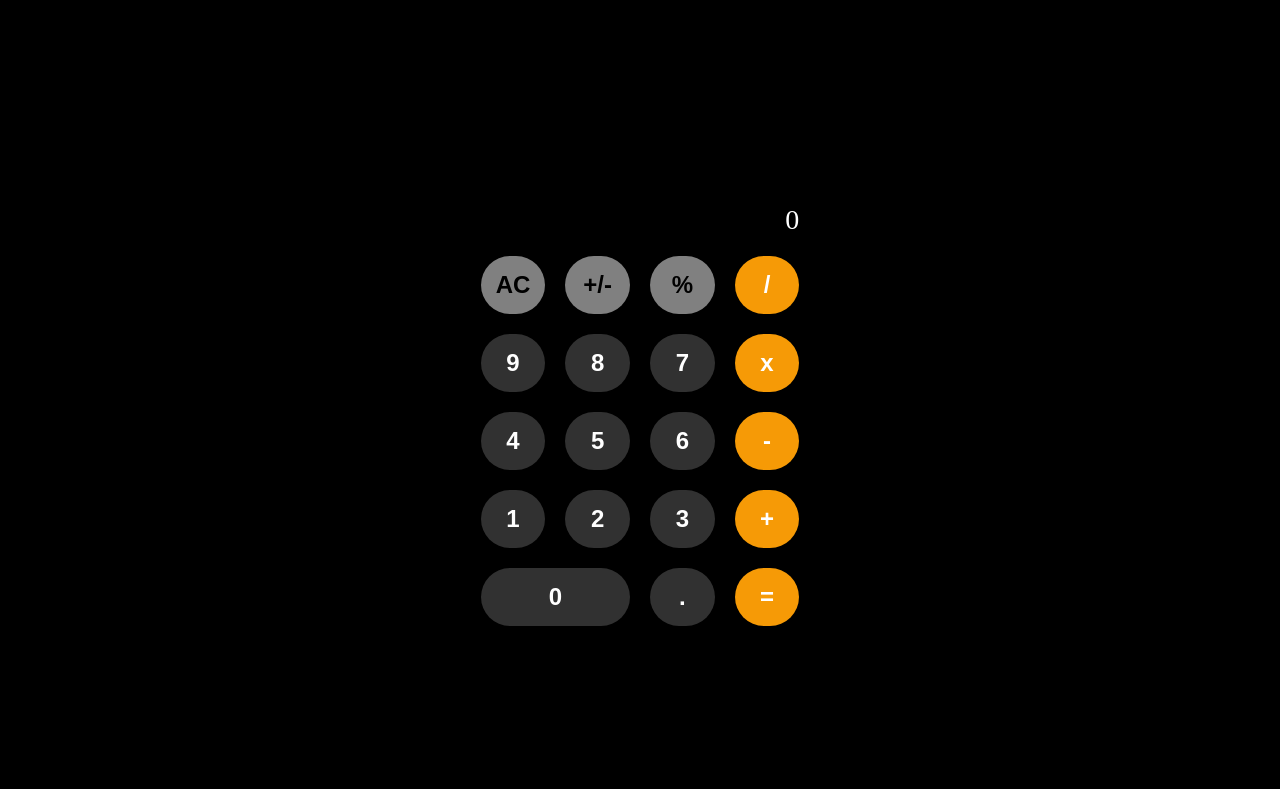
Repository: ble-syn/reactCalculator
Page: /
The author's editor kept a copy of each file at every save. The page is drawn from the files as they stood at one save, then again after the next save.
The browser window is 1280 px wide. The pictures show the whole page.
The project was rebuilt for these pictures with package versions that can differ from the ones it lists, and the page was loaded fresh each time.

Above is the page before, as saved 2022-10-06 13:37:31.

After the next save:
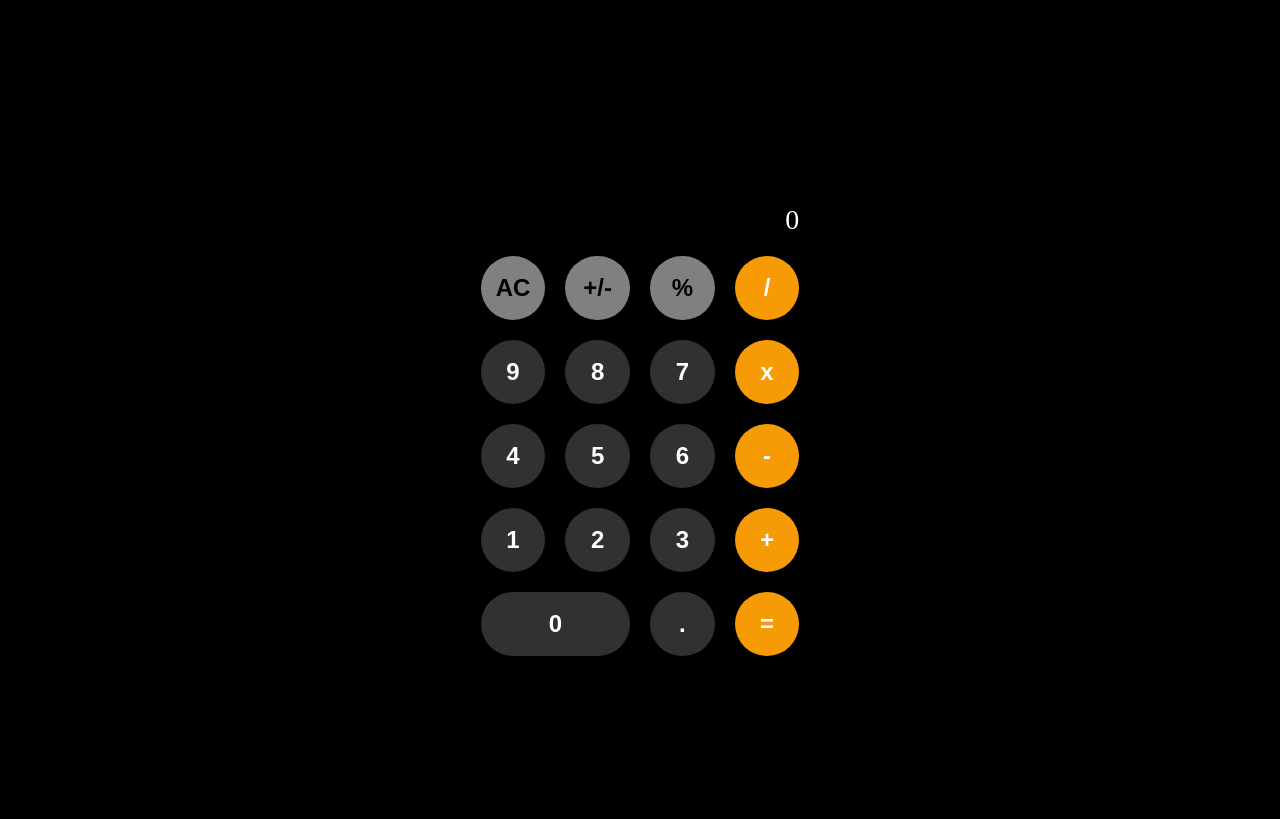
Saved 8 s later.
--- a/src/index.css
+++ b/src/index.css
@@ -33,7 +33,7 @@ body{
   margin: 10px;
 }
 button {
-  padding:15px;
+  padding: 18px 15px;
   outline: none;
   border-radius: 50px;
   font-weight: 700;
